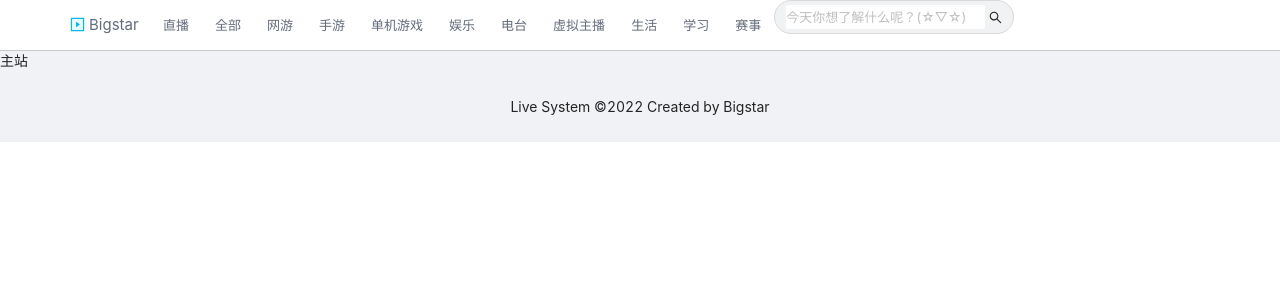
Repository: Bigstar-hyx/webrtc-react
Page: /
The author's editor kept a copy of each file at every save. The page is drawn from the files as they stood at one save, then again after the next save.
The browser window is 1280 px wide. The pictures show the whole page.
The project was rebuilt for these pictures with package versions that can differ from the ones it lists, and the page was loaded fresh each time. Also part of the build but not shown: craco.config.js, webpack.config.js, src/pages/live/Index.css, src/pages/live/component/Content/Video/video.css, src/pages/live/component/Content/Video/Video.js, src/pages/live/component/Content/Comments/comments.css, src/pages/live/component/Content/Comments/TalkSend.js, src/pages/live/component/Content/Comments/Talk.js and 5 more.

Above is the page before, as saved 2022-01-30 17:11:30.

### src/index.js
import * as React from 'react'
import * as ReactDOM from 'react-dom'
import { BrowserRouter } from 'react-router-dom'
import App from './App.js'

ReactDOM.render(
  <BrowserRouter>
    <App />
  </BrowserRouter>,
  document.getElementById('root')
)

### src/App.js
import * as React from 'react'
import { Routes, Route } from 'react-router-dom'

import LiveIndex from './pages/live/Index'
import HomeIndex from './pages/home/Index'
import ViewerIndex from './pages/viewer/Index'
import TopIndex from './top/Index'

import { Layout } from 'antd'

const { Header, Footer, Content } = Layout

function App() {
  return (
    <>
      <Layout>
        <Header>
          <TopIndex />
        </Header>
        <Content>
          <Routes>
            <Route path="/" element={<HomeIndex />} />
            <Route path="live" element={<LiveIndex />} />
            <Route path="viewer" element={<ViewerIndex />} />
          </Routes>
        </Content>
        <Footer style={{ textAlign: 'center' }}>Live System ©2022 Created by Bigstar</Footer>
      </Layout>
    </>
  )
}

export default App

### src/pages/home/Index.js
import React, { Component } from 'react'

export class HomeIndex extends Component {
  render() {
    return <div>主站</div>
  }
}

export default HomeIndex

### src/top/Index.js
// import { PlaySquareTwoTone } from 'antd'
import { PlaySquareTwoTone } from '@ant-design/icons'

import TopMenu from './component/TopMenu'
import TopSearch from './component/TopSearch'

import './index.css'

function TopIndex() {
  return (
    <>
      <div className="logo">
        <PlaySquareTwoTone twoToneColor="#0BB6F1" />
        &nbsp;Bigstar
      </div>
      <TopMenu />
      <TopSearch />
    </>
  )
}

export default TopIndex

### src/top/component/TopMenu.js
import './top-menu.css'

function TopMenu() {
  return (
    <div>
      <ul>
        <li>
          <a href="">直播</a>
        </li>
        <li>
          <a href="">全部</a>
        </li>
        <li>
          <a href="">网游</a>
        </li>
        <li>
          <a href="">手游</a>
        </li>
        <li>
          <a href="">单机游戏</a>
        </li>
        <li>
          <a href="">娱乐</a>
        </li>
        <li>
          <a href="">电台</a>
        </li>
        <li>
          <a href="">虚拟主播</a>
        </li>
        <li>
          <a href="">生活</a>
        </li>
        <li>
          <a href="">学习</a>
        </li>
        <li>
          <a href="">赛事</a>
        </li>
      </ul>
    </div>
  )
}

export default TopMenu

### src/top/component/TopSearch.js
import { Input } from 'antd'
import { SearchOutlined } from '@ant-design/icons'

import './top-search.css'

function TopSearch() {
  return (
    <div>
      <Input
        className="search"
        // size="large"
        placeholder="今天你想了解什么呢？(☆▽☆)"
        suffix={<SearchOutlined />}
      />
    </div>
  )
}

export default TopSearch

### src/top/index.css
.ant-layout-header {
  height: 50px;
  padding: 0 50px;
  box-shadow: 0px 0px 1px #000;
  color: rgba(0, 0, 0, 0.85);
  line-height: 50px;
  background: #fff;
}
.logo {
  float: left;
  padding: 0px 0px 0px 20px;
  width: 100px;
  color: #646c7a;
  font-size: 15px;
}

### src/pages/live/component/Content/Comments/Comments.js
import React, { useState } from 'react'
import { Card } from 'antd'
import './comments.css'
import Talk from './Talk'
import SList from './SList'

const tabListNoTitle = [
  {
    key: 'talk',
    tab: '讨论区'
  },
  {
    key: 'slist',
    tab: '学员列表'
  }
]

const contentListNoTitle = {
  talk: <Talk />,
  slist: <SList />
}

function Comments() {
  const [activeTabKey2, setActiveTabKey2] = useState('talk')

  const onTab2Change = key => {
    setActiveTabKey2(key)
  }
  return (
    <div className="comments-box">
      <Card
        className="card"
        tabList={tabListNoTitle}
        activeTabKey={activeTabKey2}
        onTabChange={key => {
          onTab2Change(key)
        }}
      >
        {contentListNoTitle[activeTabKey2]}
      </Card>
    </div>
  )
}

export default Comments

### src/top/component/top-menu.css
ul {
  margin: auto;
}
ul li a {
  float: left;
  color: #646c7a;
  font-size: 13px;
}

li {
  list-style: none;
}

li a {
  margin: 0 5px;
  padding: 0 8px;
}

a {
  /* text-decoration: none; */
}

### src/top/component/top-search.css
div {
  margin: auto;
}
.search {
  float: left;
  font-size: 13px;
  border-radius: 20px;
  background: #f1f2f4;
  width: 240px;
  height: 34px;
}

### src/pages/live/component/Content/Comments/TalkList.js
import React from 'react'
import { Comment, Tooltip, List } from 'antd'
import moment from 'moment'

const data = [
  {
    author: '学员1',
    avatar: 'https://joeschmoe.io/api/v1/random',
    content: <p>老师真好看</p>
  },
  {
    author: '学员2',
    avatar: 'https://joeschmoe.io/api/v1/random',
    content: <p>讲得真好！</p>
  }
]

function TalkList() {
  return (
    <div>
      <List
        className="comment-list"
        itemLayout="horizontal"
        dataSource={data}
        renderItem={item => (
          <li>
            <Comment actions={item.actions} author={item.author} avatar={item.avatar} content={item.content} datetime={item.datetime} />
          </li>
        )}
      />
    </div>
  )
}

export default TalkList

### src/pages/live/component/Content/Comments/talk.css
* {
  margin: 0;
  padding: 0;
}
.talk-list {
  width: 100%;
  height: 480px;
}
.talk-send {
  width: 100%;
  height: 40px;
}

Loaded but not shown: public/index.html (common file)

After the next save:
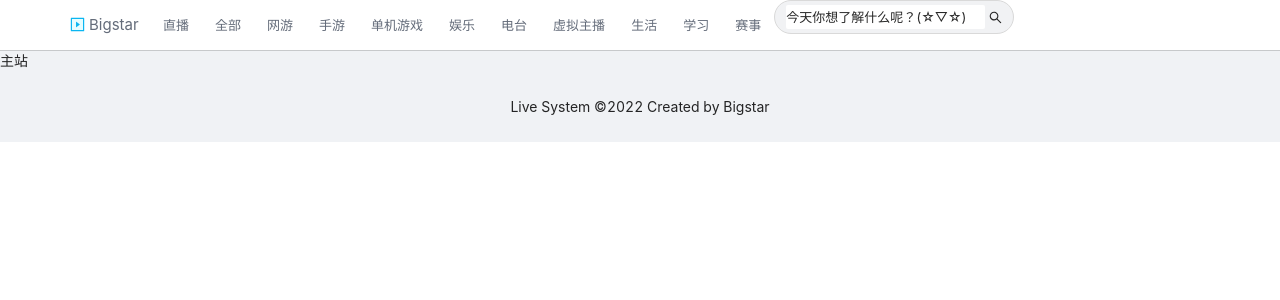
Saved 71 s later.
--- a/src/top/component/TopSearch.js
+++ b/src/top/component/TopSearch.js
@@ -9,7 +9,7 @@
       <Input
         className="search"
         // size="large"
-        placeholder="今天你想了解什么呢？(☆▽☆)"
+        defaultValue="今天你想了解什么呢？(☆▽☆)"
         suffix={<SearchOutlined />}
       />
     </div>

After the save that followed:
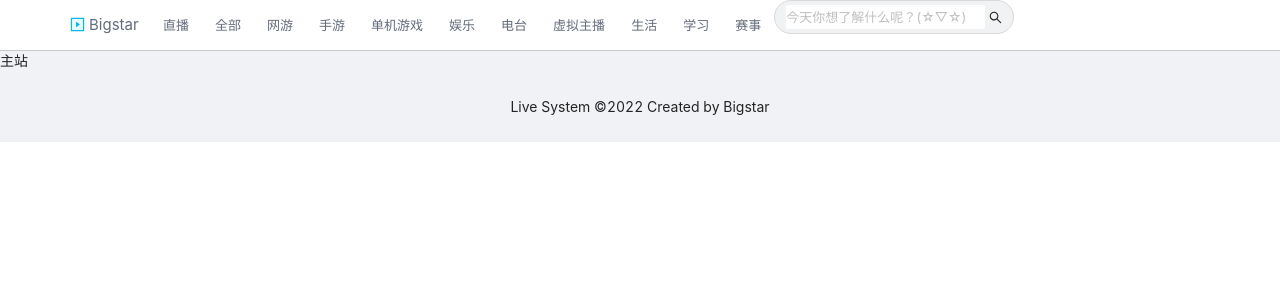
Saved 32 s later.
--- a/src/top/component/TopSearch.js
+++ b/src/top/component/TopSearch.js
@@ -9,7 +9,7 @@
       <Input
         className="search"
         // size="large"
-        defaultValue="今天你想了解什么呢？(☆▽☆)"
+        placeholder="今天你想了解什么呢？(☆▽☆)"
         suffix={<SearchOutlined />}
       />
     </div>
